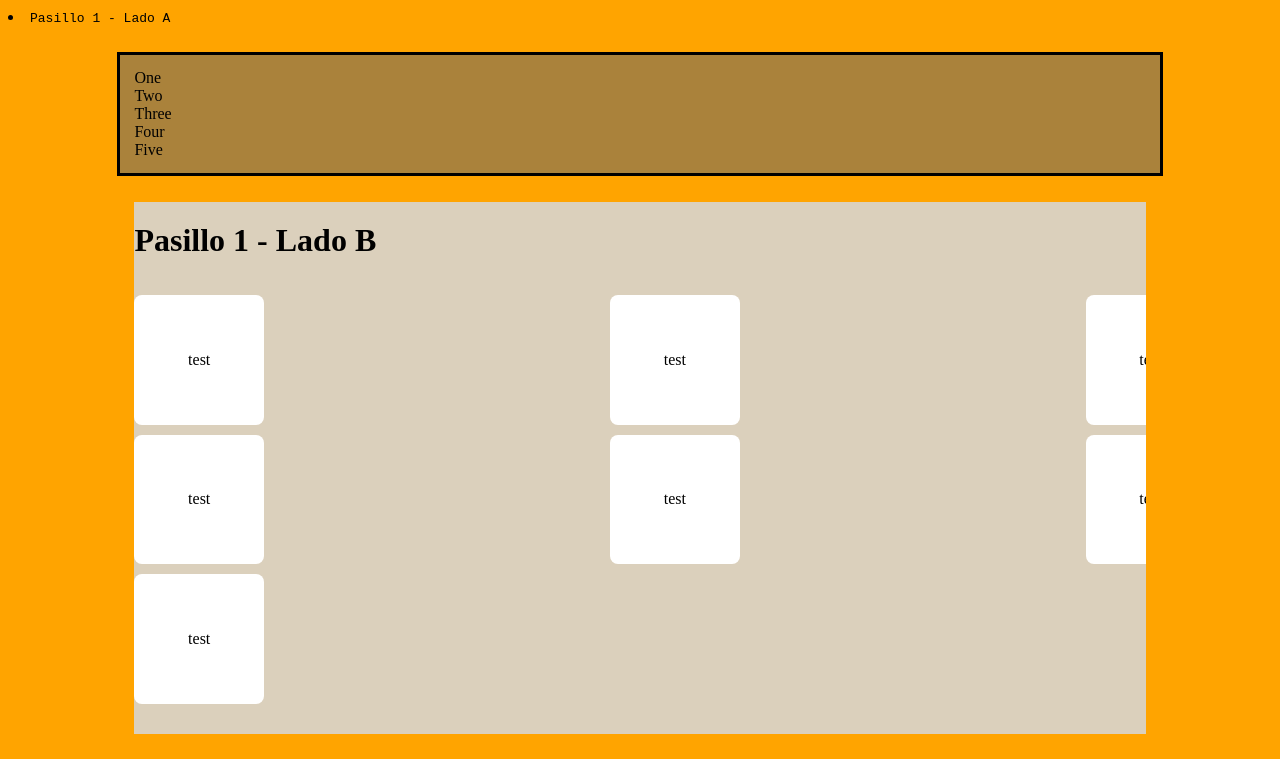
Repository: Franzcod/DepoStock_Web
Page: index.html
The author's editor kept a copy of each file at every save. The page is drawn from the files as they stood at one save, then again after the next save.
The browser window is 1280 px wide. The pictures show the whole page.

Above is the page before, as saved 2020-06-07 02:43:27.
Console error: ReferenceError: ur is not defined

After the next save:
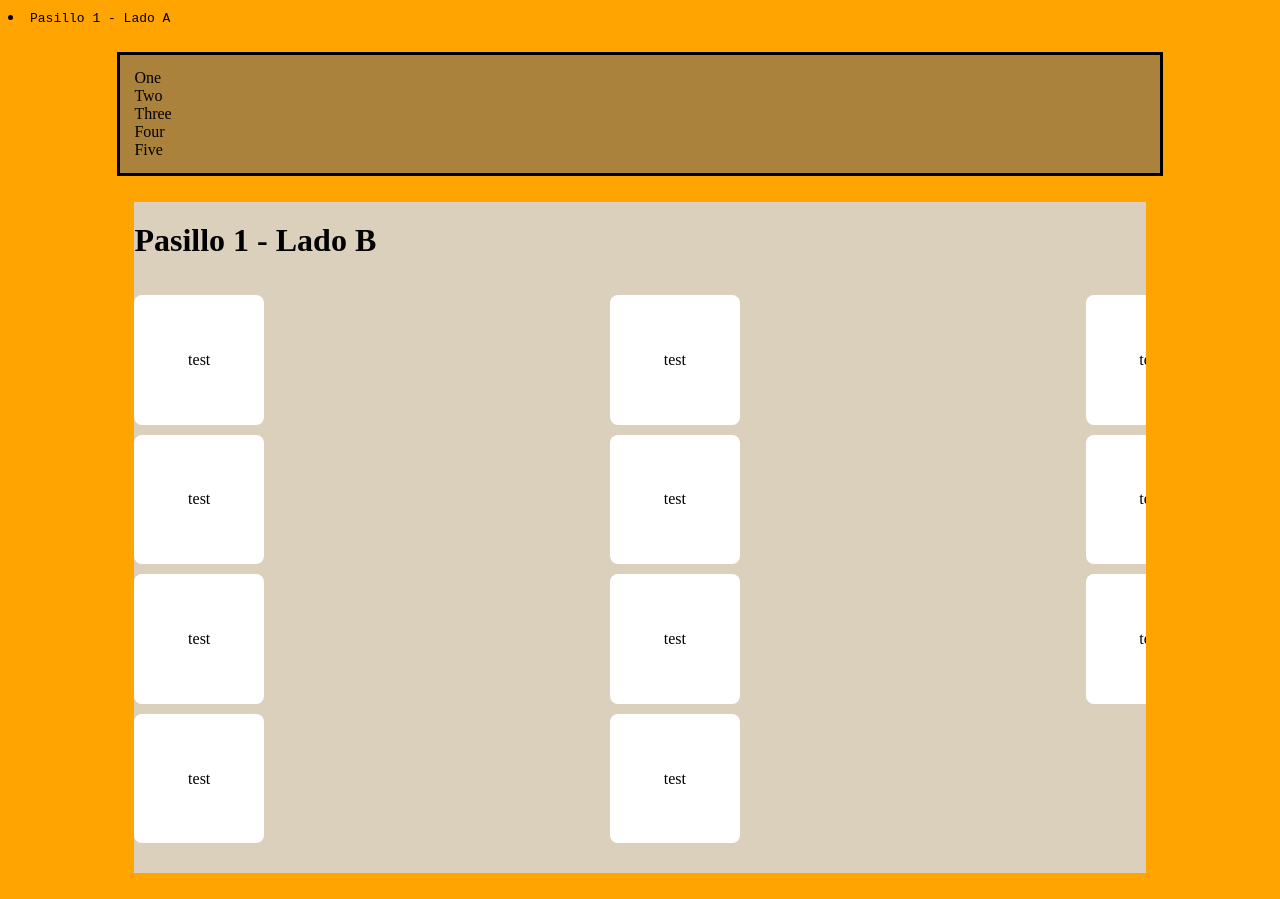
Saved 14 s later.
--- a/index.html
+++ b/index.html
@@ -32,6 +32,10 @@
             <li class="item">test</li>
             <li class="item">test</li>
             <li class="item">test</li>
+            <li class="item">test</li>
+            <li class="item">test</li>
+            <li class="item">test</li>
+            <li class="item">test</li>
 
         </ul>
 
